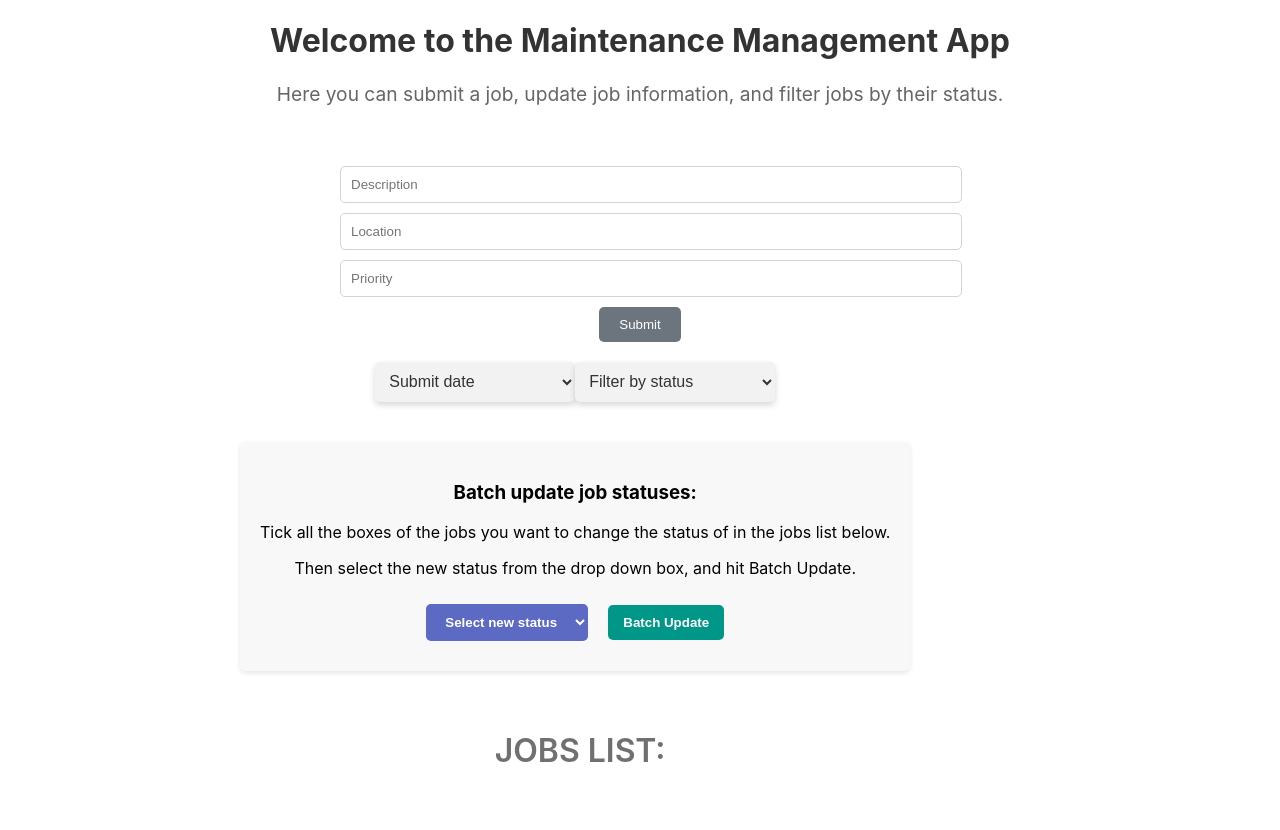
Repository: mikasteyn999/Maintenance-Manager-App
Page: / (app in frontend/)
The author's editor kept a copy of each file at every save. The page is drawn from the files as they stood at one save, then again after the next save.
The browser window is 1280 px wide. The pictures show the whole page.
The page's requests for data from a server got no answer. The project was rebuilt for these pictures with package versions that can differ from the ones it lists, and the page was loaded fresh each time. No one was signed in, and anything a server would have sent is missing. Also part of the build but not shown: frontend/src/style/Job.css, frontend/src/components/Job.js, frontend/src/style/JobUpdateForm.css, frontend/src/components/JobUpdateForm.js.

Above is the page before, as saved 2023-06-05 17:58:16.

After the next save:
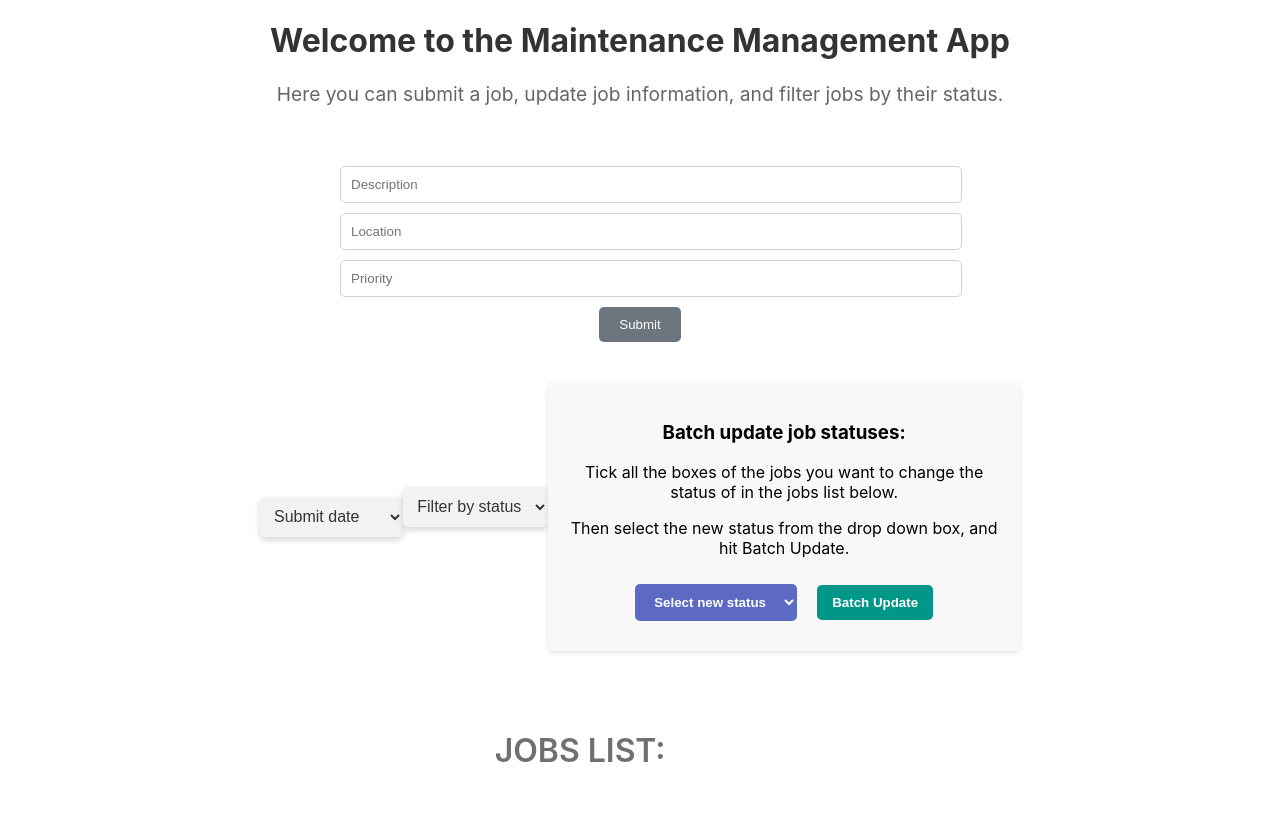
Saved 9 s later.
--- a/frontend/src/style/JobsList.css
+++ b/frontend/src/style/JobsList.css
@@ -100,3 +100,12 @@
     color:rgb(6, 204, 6);
     font-weight: bold;
 }
+
+.control-container {
+    display: flex;
+    justify-content: space-between;
+    align-items: center;
+    max-width: 800px;
+    margin: 0 auto;
+    padding: 20px;
+}
